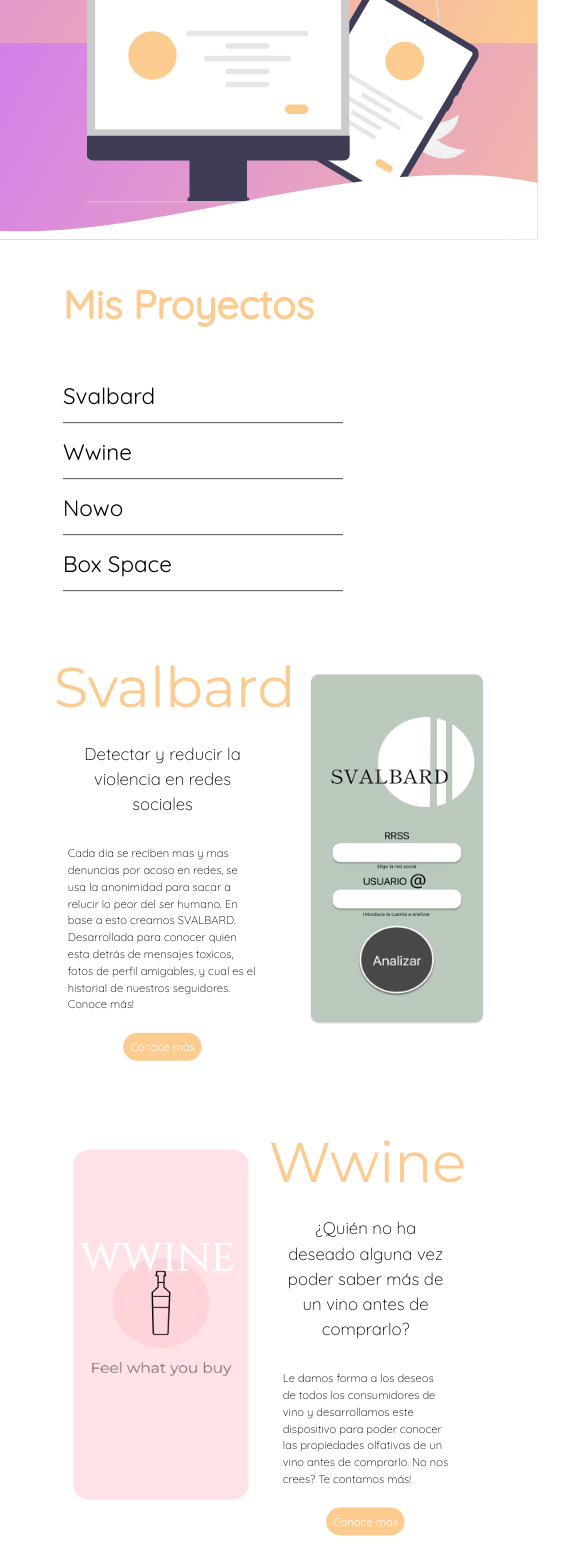
Repository: Marilyncabirta/portfolioHTML
Page: index.html
These files come from the project's save history. The page is drawn as it stood at one moment and after the next save; the edit follows.
The browser window is 768 px wide. The page is 818 px wide, so the pictures cover 818 px, including what lies to the right of the window. The pictures show the part of the page from y = 738 to 2978 px (the page is 4732 px tall before and 4772 px after), at 70% of full size.
Backgrounds fixed to the window are drawn as part of the page. Some web libraries are served in a nearby version.

Above is the page before, as saved 2022-12-16 13:21:51.

After the next save:
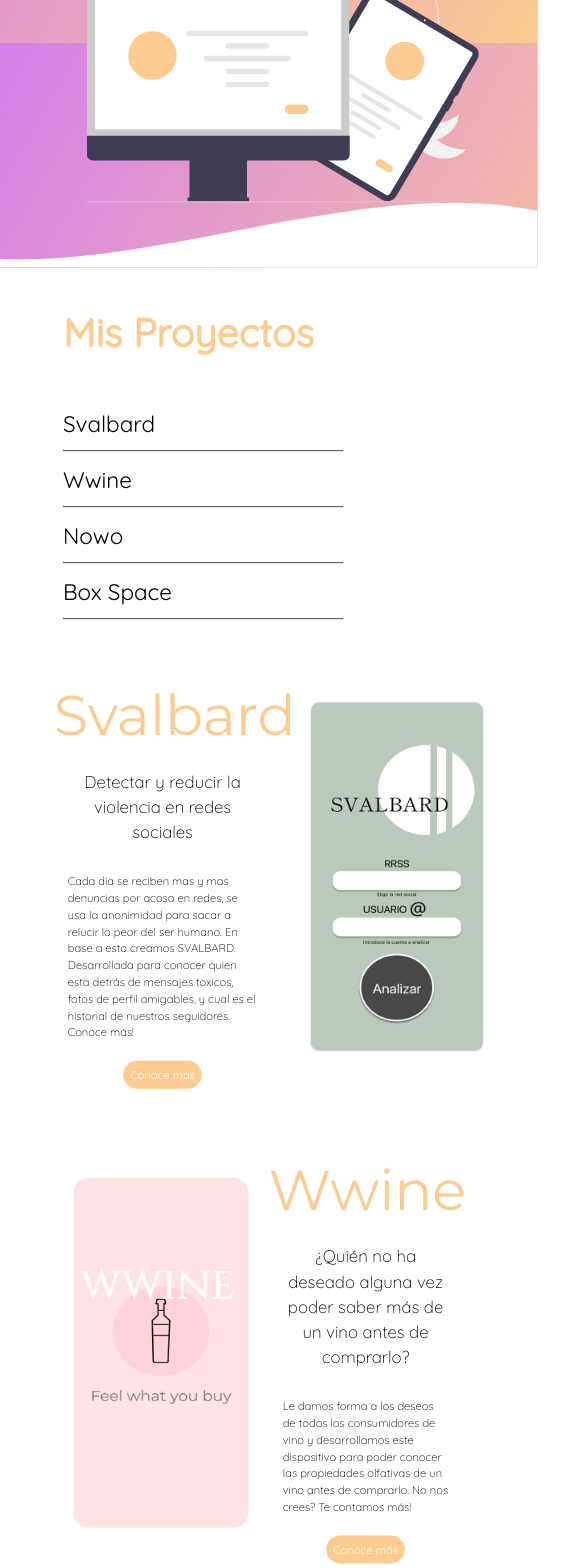
Saved 5 s later.
--- a/css/estilos.css
+++ b/css/estilos.css
@@ -359,7 +359,7 @@ text-decoration: underline;
             grid-template-columns: 1fr ;
             justify-content: center;
             align-items: center;
-            padding-bottom: 10px;
+
             margin: 20px;
 
         }
